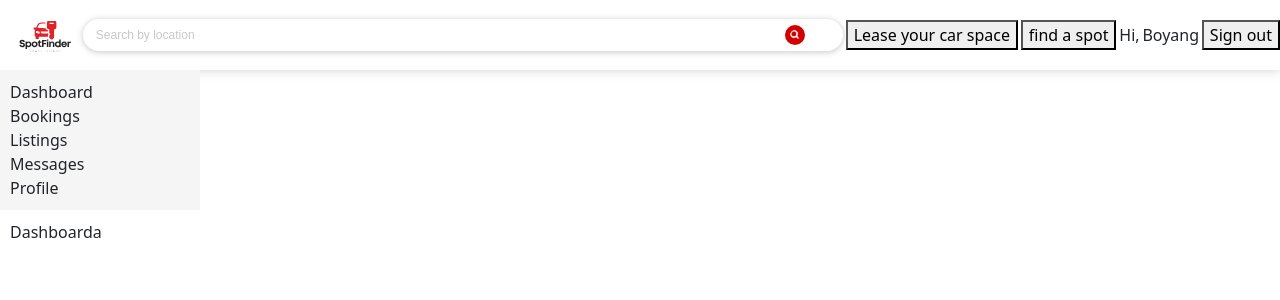
Repository: UNSWSpotFinder/SpotFinder
Page: /dashboard (app in frontend/)
The author's editor kept a copy of each file at every save. The page is drawn from the files as they stood at one save, then again after the next save.
The browser window is 1280 px wide. The pictures show the whole page.
The project was rebuilt for these pictures with package versions that can differ from the ones it lists, and the page was loaded fresh each time. Also part of the build but not shown: frontend/src/Login.css, frontend/src/Login.jsx, frontend/src/Regist.css, frontend/src/Regist.jsx, frontend/src/HomePage.jsx, frontend/src/App.css, frontend/src/components/Bookings.jsx, frontend/src/components/Listings.jsx and 2 more.

Above is the page before, as saved 2024-03-09 18:58:35.

### frontend/src/App.jsx
import logo from './logo.svg';
import React, {
  useState,
  useEffect,
  useRef,
  ChangeEvent,
  LabelHTMLAttributes,
  createContext,
  useContext,
  ReactNode,
} from 'react';
import {HomePageLarge,HomePageAdminSmall,HomePageAdminLarge,HomePageSmall} from './HomePage';
import { ErrorProvider, GlobalSnackbar, ErrorContext } from './API';
import { BrowserRouter, Routes, Route, Link } from 'react-router-dom';
import './App.css';

// 导入Dashboard相关页面组件
import DashboardTop from './components/DashboardTop';
import Dashboard from './components/Dashboard';
import Bookings from './components/Bookings';
import Listings from './components/Listings';
import Profile from './components/Profile';
import Messages from './components/Messages';

function App() {
  const [windowWidth, setWindowWidth] = useState(window.innerWidth);
  useEffect(() => {
    // 添加一个事件监听器，以便在窗口大小改变时更新windowWidth状态
    const handleResize = () => {
      setWindowWidth(window.innerWidth);
    };
    window.addEventListener('resize', handleResize);
    // 清除事件监听器以避免内存泄漏
    return () => {
      window.removeEventListener('resize', handleResize);
    };
  }, []);
  let layoutComponentHost;
  let LayoutComponentHome;
  let LayoutDetail;
  if (windowWidth > 760) {
    layoutComponentHost = null;
    LayoutComponentHome = <HomePageLarge/>;
    LayoutDetail = null;
  } else {
    layoutComponentHost = null;
    LayoutComponentHome = <HomePageSmall/>;;
    LayoutDetail = null;
  }
  return(
    <ErrorProvider>
      <GlobalSnackbar/>
        <BrowserRouter>
          <Routes>
            <Route path="/user/*" element={LayoutComponentHome} />
            {/* DashboardTop作为父路由 */}
            <Route path="/dashboard" element={<DashboardTop />}>
            <Route index element={<Dashboard />} />
            <Route path="bookings" element={<Bookings />} />
            <Route path="listings" element={<Listings />} />
            <Route path="messages" element={<Messages />} />
            <Route path="profile" element={<Profile />} />
          </Route>
            {/* Keep the wildcard route to catch all and render Home */}
            <Route path="/*" element={LayoutComponentHome} />
          </Routes>
        </BrowserRouter>
    </ErrorProvider>
  )
}

export default App;

### frontend/src/API.jsx
import Alert from '@mui/material/Alert';
import Snackbar from '@mui/material/Snackbar';
import Button from '@mui/material/Button';
import Stack from '@mui/material/Stack';
import React, { useState, useEffect, createContext,useContext } from 'react';

import { styled } from '@mui/material';
const port = '8080';
export const meetErrorLog = (error) => {
    console.log(error);
    let errorText = '';
    // switch case to show the error
    switch (error) {
      case 'info':
        errorText = 'Invalid username or password !';
        break;
      case 'access':
        errorText = 'No permission, please log in first!';
        break;
      default:
        errorText = 'Network error! Please try again.';
        break;
    }
    return errorText;
  };
export const ErrorContext = createContext({
    snackbarData: { severity: 'info', message: '1',timestamp: new Date().getTime()},
    setOpenSnackbar: () => {}, // 提供一个空函数避免调用时出错
  });
export const useError = () => useContext(ErrorContext);
export const ErrorProvider = ({ children }) => {
  const [snackbarData, setSnackbarData] = useState({
    severity: 'success',
    message: '',
    timestamp: new Date().getTime()
  });
  const setOpenSnackbar = (data) => {
    setSnackbarData(data);
  };
  return (
    <ErrorContext.Provider value={{snackbarData,setOpenSnackbar}}>
      {children}
    </ErrorContext.Provider>
  );
};
// The message to be displayed in the Snackbar
export const GlobalSnackbar = () => {
const { snackbarData, setOpenSnackbar } = useError();
// State to manage the visibility of the Snackbar
const [open, setOpen] = useState(false);
  useEffect(() => {
    console.log('Alert severity:', snackbarData.severity);
    console.log('Alert :', snackbarData.message);
    if (snackbarData.message) {
      setOpen(true);
    }
  }, [snackbarData.message, snackbarData.timestamp]);

  const handleClose = (event, reason) => {
    if (reason === 'clickaway') {
      return;
    }
    setOpen(false);
  };

return (
    // Snackbar component with automatic hiding and custom styling
    <Snackbar open={open} autoHideDuration={6000} onClose={handleClose}>
        <Alert onClose={handleClose} severity={snackbarData.severity}>
        {snackbarData.message}
        </Alert>
  </Snackbar>
);
};
export const callAPIsendEmailCode = (path,input)=>{
    return new Promise((resolve, reject) =>{
        fetch('http://localhost:'+String(port)+'/'+String(path),{
        method:'POST',
        headers: { 'Content-Type': 'application/json' },
        body:JSON.stringify(input),
        })
        .then((response)=>{
            if(response.ok){
                console.log('success');
                console.log(response);
                return resolve(response);
            }
            else if (response.status===400){
                const errorReason = 'Email not correct!';
                return reject(errorReason);
            }
            else{
                const errorReason = 'There is a problem with the network connection!';
                return reject(errorReason);
            }
        })
        .catch((error)=>{
            console.log(error);
        })
    })

}
export const callAPIverifyEmailCode = (path,input)=>{
    return new Promise((resolve, reject) =>{
        console.log(input);
        console.log('http://localhost:'+String(port)+'/'+String(path));
        fetch('http://localhost:'+String(port)+'/'+String(path),{
        method:'POST',
        headers: { 'Content-Type': 'application/json' },
        body:JSON.stringify(input),
        })
        .then((response)=>{
            if(response.ok){
                console.log('success');
                return resolve(response.json());
            }
            else if (response.status===400){
                const errorReason = 'Incorrect verification code.';
                return reject(errorReason);
            }
            else{
                const errorReason = 'There is a problem with the network connection!';
                return reject(errorReason);
            }
        })
        .catch((error)=>{
            console.log(error);
        })
    })

}
export const callAPIloginUser=(path,input)=>{

}
// 用户注册
export const callAPIRegistUser=(path,input)=>{
     return new Promise((resolve, reject) =>{
        console.log(input);
        console.log('http://localhost:'+String(port)+'/'+String(path));
        fetch('http://localhost:'+String(port)+'/'+String(path),{
        method:'POST',
        headers: { 'Content-Type': 'application/json' },
        body:JSON.stringify(input),
        })
        .then((response)=>{
            if(response.ok){
                console.log('success');
                return resolve(response.json());
            }
            else if (response.status===417){
                const errorReason = 'This email has been registed!';
                return reject(errorReason);
            }
            else{
                const errorReason = 'There is a problem with the network connection!';
                return reject(errorReason);
            }
        })
        .catch((error)=>{
            console.log(error);
        })
    })
}
// 用户登录
export const callAPILoginUser=(path,input)=>{
    return new Promise((resolve, reject) =>{
       console.log(input);
       console.log('http://localhost:'+String(port)+'/'+String(path));
       fetch('http://localhost:'+String(port)+'/'+String(path),{
       method:'POST',
       headers: { 'Content-Type': 'application/json' },
       body:JSON.stringify(input),
       })
       .then((response)=>{
           if(response.ok){
               console.log('success');
               return resolve(response.json());
           }
           else if (response.status===401){
               const errorReason = 'Username does not exist or password is incorrect!';
               return reject(errorReason);
           }
           else{
               const errorReason = 'There is a problem with the network connection!';
               return reject(errorReason);
           }
       })
       .catch((error)=>{
           console.log(error);
       })
   })
}
// 密码修改
export const callAPIResetPwdUser=(path,input)=>{
    return new Promise((resolve, reject) =>{
       console.log(input);
       console.log('http://localhost:'+String(port)+'/'+String(path));
       fetch('http://localhost:'+String(port)+'/'+String(path),{
       method:'POST',
       headers: { 'Content-Type': 'application/json' },
       body:JSON.stringify(input),
       })
       .then((response)=>{
           if(response.ok){
               console.log('success');
               return resolve(response.json());
           }
           else if (response.status===401){
               const errorReason = 'Username does not exist or password is incorrect!';
               return reject(errorReason);
           }
           else{
               const errorReason = 'There is a problem with the network connection!';
               return reject(errorReason);
           }
       })
       .catch((error)=>{
           console.log(error);
       })
   })
}

### frontend/src/components/DashboardTop.jsx
import React from 'react';
import { Outlet } from 'react-router-dom';
import './DashboardTop.css';
import '../HomePage.css';

const DashboardTop = () => {
  return (
    <div className="dashboard-top">
      <div className="Navbar">
        {/* Logo图像 */}
        <img src='/img/LOGO.svg' className='Applogo'></img>
        {/* 搜索区域 */}
        <div className='SearchPart'>
          <img className='searchbtn' src='/img/search.png'></img>
          <input className='Searchbar' placeholder='Search by location'></input>
        </div>




        <button>Lease your car space</button>
        <button>find a spot</button>
        <span>Hi, </span>
        <span>Boyang </span>
        <button>Sign out</button>
      </div>
      <div className="content-area">
        <div className="side-nav">
          <div>Dashboard</div>
          <div>Bookings</div>
          <div>Listings</div>
          <div>Messages</div>
          <div>Profile</div>
        </div>
        <div className="main-content">
          <Outlet />
        </div>
      </div>
    </div>
  );
};

export default DashboardTop;

### frontend/src/components/Dashboard.jsx
import React from 'react';
import DashboardTop from './DashboardTop';

const Dashboard = () => {
  // 组件的状态和逻辑

  return (
    <div className='Dashboard'>
      {/* 组件的JSX结构 */}
      Dashboarda
    </div>
  );
}

export default Dashboard;

### frontend/src/HomePage.css
.HomeOverall {
    width: 100%;
    height: 100%;
    margin: 0px;
    padding: 0px;
    display: flex;
    flex-direction: column;
    align-items: center;
}
div.Navbar{
    width: 100%;
    height: 70px;
    margin: 0px 0px 0px 0px;
    padding: 0px 10px 0px 0px;
    display: flex;
    align-items: center;
    justify-content: space-between;
    box-shadow: 0px 0px 10px 0px rgba(164, 164, 164, 0.5);
}
div.SearchPart{
    width: calc(100% - 520px);
    min-width: 200px;
    height: 100%;
    margin: 0px;
    padding: 0px;
    display: flex;
    justify-content: center;
    align-items: center;
    align-content: center;
    flex-direction: row;
}
div.SearchPartsmall{
    width: calc(100% - 320px);
    height: 100%;
    margin: 0px;
    padding: 0px;
    display: flex;
    justify-content: center;
    align-items: center;
    align-content: center;
    flex-direction: row;
}
input.Searchbar{
    width: 100%;
    border-radius: 25px;
    padding-left: 13px;
    height: 45%;
    border: 0px;
    transition: box-shadow 0.3s;
    box-shadow: 0px 1px 5px 1px rgba(170, 170, 170, 0.5);
    position: relative;
    font-size: 12px;
    font-family:Arial, Helvetica, sans-serif;
}
input.Searchbar::placeholder{
    color: rgb(200, 200, 200);
}
img.searchbtn{
    border-radius: 20px;
    width: 20px;
    height: 20px;
    margin: 0px 0px 0px 10px;
    padding: 5px;
    right: 475px;
    position: absolute;
    z-index: 1;
    background-color: rgb(210, 0, 0);
    cursor: pointer;
}
img.searchbtnsmall{
    border-radius: 20px;
    width: 20px;
    height: 20px;
    margin: 0px;
    padding: 5px;
    right: 260px;
    position: absolute;
    z-index: 1;
    background-color: rgb(210, 0, 0);
    cursor: pointer;
}
input.Searchbar:hover{
    box-shadow: 0px 1px 10px 1px rgba(164, 164, 164, 0.5);
}
img.searchbtn:hover + .Searchbar {
    box-shadow: 0px 1px 10px 1px rgba(164, 164, 164, 0.5);
}
img.searchbtnsmall:hover + .Searchbar {
    box-shadow: 0px 1px 10px 1px rgba(164, 164, 164, 0.5);
}
button.newspace{
    border-radius: 30px;
    min-width: 200px;
    max-width: 200px;
    font-weight: bold;
    border: 0px;
    margin-left: 20px;
    height: 50%;
    background-color: rgb(250, 250, 250);
    border: 1px solid rgb(230, 230, 230);
    color: rgb(114, 114, 114);
    transition: 0.3s;
    font-size: 12px;
    cursor: pointer;
}
button.newspace:hover{
    color: rgb(0, 0, 0);
    background-color: rgb(230, 230, 230);
}
div.signwarper{
    margin: 0px 10px 0px 0px;
    height: 100%;
    display: flex;
    align-items: center;
}
button.sign{
    border-radius: 5px;
    width: 100px;
    font-weight: bold;
    border: 0px;
    margin-left:15px;
    height: 50%;
    background-color: rgb(255, 255, 255);
    border: 1px solid rgb(0, 0, 0);
    transition: 0.3s;
    font-size: 12px;
    cursor: pointer;
}
button.sign:hover{
    background-color: rgb(230, 230, 230);
}
input:focus {
    outline: none;
}
img.Applogo{
    height: 100%;
    margin: 0px 0px 0px 10px;
}
p.image-container-title{
    font-weight: 800;
    font-family: Arial;
    position: absolute;
    top: calc(10vw); /* 根据需要调整 */
    left: 5%; /* 根据需要调整 */
    width: 60%;
    color: rgb(0, 0, 0); /* 文字颜色 */
}
p.image-container-title-small{
    font-weight: 800;
    font-size: 20px;
    font-family: Arial;
    position: absolute;
    top: calc(15vw); /* 根据需要调整 */
    left: 5%; /* 根据需要调整 */
    width: 60%;
    color: rgb(0, 0, 0); /* 文字颜色 */
}
p.image-container-sub{
    font-weight: 400;
    font-family: Arial;
    position: absolute;
    left: 5%; /* 根据需要调整 */
    color: rgb(0, 0, 0); /* 文字颜色 */
}
p.image-container-sub-small{
    font-size: 12px;
    font-weight: 400;
    width: 44%;
    top: calc(28vw);
    font-family: Arial;
    position: absolute;
    left: 5%; /* 根据需要调整 */
    color: rgb(0, 0, 0); /* 文字颜色 */
}
p.image-container-txt{
    font-weight: 200;
    font-family: Arial;
    position: absolute;
    left: 5%; /* 根据需要调整 */
    width: 40%;
    color: rgb(0, 0, 0); /* 文字颜色 */
}
p.image-container-txt-small{
    font-size: 12px;
    font-weight: 400;
    width: 40%;
    top: calc(42vw);
    font-weight: 200;
    font-family: Arial;
    position: absolute;
    left: 5%; /* 根据需要调整 */
    color: rgb(0, 0, 0); /* 文字颜色 */
}
@media (max-width: 1200px) {
    p.image-container-sub{
        font-size: 19.0px;
        top: calc(25vw); /* 根据需要调整 */
        width: 45%;
    }
    p.image-container-txt{
        font-size: 20px;
        top: calc(40vw); /* 根据需要调整 */
    }
    p.image-container-title{
        font-size: 30px;
    }
}
@media (min-width: 1200px) {
    p.image-container-sub{
        font-size: 25px;
        width: 40%;
        top: calc(24vw); /* 根据需要调整 */
    }
    p.image-container-txt{
        font-size: 25px;
        top: calc(38vw); /* 根据需要调整 */
    }
    p.image-container-title{
        font-size: 45px;
    }
}

div.FilterPart{
    height: 80px;
    width: 100%;
    padding: 5px;
    background-color: #f9f9f9;
    display: flex;
    justify-content: space-between;
    align-items:center;
}
div.FilterPart-small{
    height: 155px;
    width: 100%;
    background-color: #f9f9f9;
    display: flex;
    flex-direction: column;
    justify-content: space-between;
    padding: 10px 10px 10px 10px;
    border-bottom: 1px solid rgb(238, 238, 238);
}

div.filter-top{
    display: flex;
    align-items: center;
    justify-content: space-between;
}
div.inner-left{
    display: flex;
    flex-direction: column;
    height: 100%;
    margin-right: 20px;
}
select.mglr{
    margin: 0px 5px 0px 0px;
    width: 10%;
    min-width: 130px;
    height: 70%;
    font-size: 12px;
    border-radius: 20px;
}
select.mglr-s{
    margin: 0px 5px 5px 0px;
    width: 10%;
    min-width: 130px;
    font-size: 12px;
    border-radius: 20px;
}
select.mglr-r{
    margin: 0px 5px 0px 0px;
    width: 10%;
    min-width: 90px;
    height: 70%;
    font-size: 12px;
    border-radius: 20px;
}
select.mglr-s-r{
    margin: 0px 5px 0px 0px;
    width: 100px;
    min-width: 90px;
    height: 70%;
    font-size: 12px;
    border-radius: 20px;
}
.popular{
    background-color: white !important;
    color: black !important;
}
div.pricerange{
    display: flex;
    flex-direction: column;
    height: 100%;
    justify-content: center;
    align-items: center;
    padding: 0px;
    margin: 0px;
    margin-left: 5px;
    align-items: center;
}
label.pricerange{
    font-size: 13px;
    font-weight: 500;
    color: black;
    padding: 0px;
}
input.pricerange{
    width: 50px;
    height: 50%;
    font-size: 14px;
    border-radius: 10px;
    border-width: 1px;
    border-style: solid;
    border-color: rgb(0, 0, 0);
    margin: 0px;
    padding: 0px 5px;
}
label.pricerange-s{
    font-size: 15px;
    font-weight: 500;
    color: black;
    padding: 0px 5px 0px 0px;
}
input.pricerange-s{
    height: 60%;
    width: 60%;
    font-size: 16px;
    border-radius: 10px;
    border-width: 1px;
    border-style: solid;
    border-color: rgb(0, 0, 0);
    margin: 0px 5px 0px 0px;
    padding: 0px 5px;
}
.timechoice{
    width: 20%;
    margin: 0px 5px 0px 0px;
}
.timechoice-s{
    margin: 0px 10px;
    width: 40%;
}
div.hflex{
    display: flex;
    height: 100%;
    align-items: center;
}
button.selectcar{
    width: 140px;
    font-size: 10px;
    height: 50px;
    background-color: black;
    color: white;
    font-weight: 500;
    border: 0px;
    border-radius: 10px;
    transition: 0.3s;
    margin-left: 5px;
}
button.selectcar:hover{
    background-color: rgb(55, 55, 55);
    color: rgb(255, 255, 255);
}
div.marginLR{
    display: flex;
    margin: 0px 5px;
    width: 100%;
}
div.ListingPart{
    width: 100%;
    margin-top: 15px;
    margin-bottom: 15px;
    padding: 0px 0px 0px 10px;
    display: flex;
    flex-wrap: wrap;
}
div.SpaceOverall{
    height: 135px;
    box-shadow: 0px 0px 10px 0px rgba(164, 164, 164, 0.5);
    border-radius: 10px;
    display: flex;
    align-items: center;
    padding: 0px 7px;
    margin: 0px 10px 10px 0px;
}

@media (max-width: 800px) {
    div.SpaceOverall{
        width: calc(100vw - 15px);
        min-width: 385px;
    }
}

@media (max-width: 1200px) and (min-width:800px) {
    div.SpaceOverall{
        width: calc(50vw - 15px);
        min-width: 385px;
    }
}

@media (min-width: 1200px) {
    div.SpaceOverall{
        width: calc(33.33vw - 14px);
    }
}

img.spaceimg{
    border-radius: 12px;
    object-fit: cover;
}
div.info{
    height:90%;
    margin-left:10px ;
    width: 100%;
}
p.space-title{
    padding: 0px;
    margin: 0px;
    font-size: 16px;
    color: #555555;
}
p.space-price{
    padding: 0px;
    margin: 0px;
    font-size: 12px;
    margin-top: 4px;
    color: #7F7F7F;
}
p.space-location{
    padding: 0px;
    margin: 0px;
    font-size: 12px;
    margin-top: 2px;
    color: #7F7F7F;
}
p.space-type{
    padding: 0px;
    margin: 0px;
    font-size: 12px;
    margin-top: 2px;
    color: #7F7F7F;
    margin-bottom: 2px;
}
div.order-part{
    display: flex;
    margin-top: 7px;
}
img.order-times{
    width: 20px;
    height: 20px;
}
p.times{
    padding: 0px;
    margin: 0px 0px 0px 3px;
    font-size: 13px;
    color: #7F7F7F;
}
div.right-top{
    display: flex;
    flex-direction: row;
    justify-content: space-between;
    width: 100%;
}
div.right-bottom{
    display: flex;
    flex-direction: row;
    justify-content: space-between;
    width: 100%;
    height: 30px;
    margin-bottom: 5px;
}
div.rate-part{
    display: flex;
    justify-content: center;
}
img.rate-img{
    width: 20px;
    height: 20px;
    margin-right: 2px;
}
p.rate-txt{
    color: #333333;
    font-size: 14px;
    margin: 0px;
    padding: 0px;
}
button.specific-info{
    border: 0px;
    background-color:#E22229;
    border-radius: 5px;
    color: white;
    height: 30px;
    width: 180px;
    font-size: 12px;
    font-weight: 500;
    transition: 0.3s;
    margin: 1px 0px;
}
button.specific-info:hover{
    background-color:#ba191e;
}
div.filter-bottom{
    display: flex;
    align-items: center;
    justify-content: space-between;
}

### frontend/src/components/DashboardTop.css
/* DashboardTop.css */

/* 整体布局 */
.dashboard-top {
    display: flex;
    flex-direction: column;
    height: 100vh; /* 使布局填满整个视口高度 */
  }

/* 顶部导航样式 */
div.Navbar{
    width: 100%;
    height: 70px;
    margin: 0px 10px 0px 0px;
    padding: 0px;
    display: flex;
    align-items: center;
    justify-content: space-between;
    box-shadow: 0px 0px 10px 0px rgba(164, 164, 164, 0.5);
  }

img.Applogo{
    height: 100%;
    margin: 0px 0px 0px 10px;
  }





  TODO:
/* 内容区域样式，包含侧边导航和主内容区 */
.content-area {
    display: flex;
    flex-grow: 1; /* 占据剩余空间 */
  }

/* 侧边导航样式 */
.side-nav {
    background-color: #f5f5f5; /* 浅色背景 */
    width: 200px; /* 定宽 */
    padding: 10px; /* 内边距 */
  }

/* 主内容区域样式 */
.main-content {
    flex-grow: 1; /* 占据剩余空间 */
    padding: 10px; /* 内边距 */
  }

Loaded but not shown: frontend/public/index.html (common file); frontend/src/index.js (common file); frontend/src/index.css (common file); frontend/src/reportWebVitals.js (common file)

After the next save:
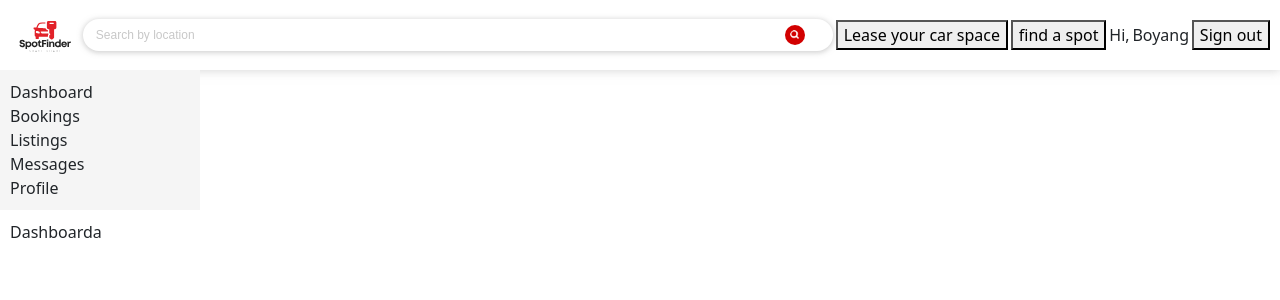
Saved 14 s later.
--- a/frontend/src/components/DashboardTop.css
+++ b/frontend/src/components/DashboardTop.css
@@ -8,7 +8,7 @@
   }
 
 /* 顶部导航样式 */
-div.Navbar{
+/* div.Navbar{
     width: 100%;
     height: 70px;
     margin: 0px 10px 0px 0px;
@@ -22,7 +22,7 @@
 img.Applogo{
     height: 100%;
     margin: 0px 0px 0px 10px;
-  }
+  } */
 
 
 

After the 3 saves that followed:
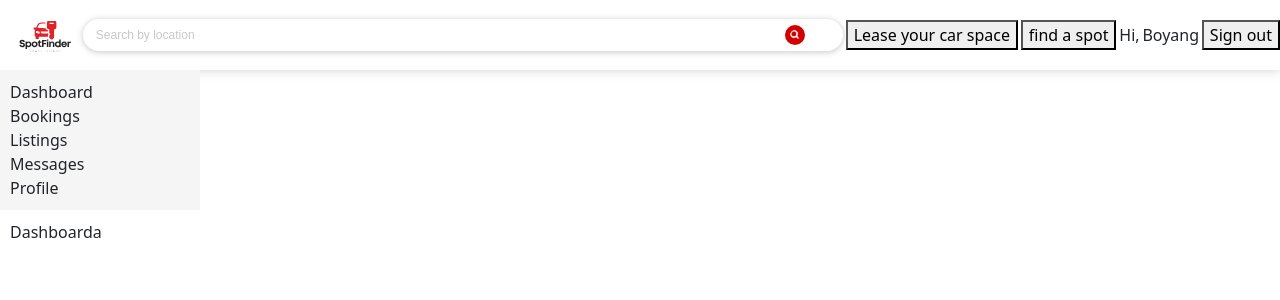
The 3 saves are shown as one change because 1 left the picture as it was and some came seconds apart.
The last was saved 19 s later.
--- a/frontend/src/components/DashboardTop.css
+++ b/frontend/src/components/DashboardTop.css
@@ -8,7 +8,7 @@
   }
 
 /* 顶部导航样式 */
-/* div.Navbar{
+div.Navbar{
     width: 100%;
     height: 70px;
     margin: 0px 10px 0px 0px;
@@ -22,7 +22,7 @@
 img.Applogo{
     height: 100%;
     margin: 0px 0px 0px 10px;
-  } */
+  }
 
 
 
